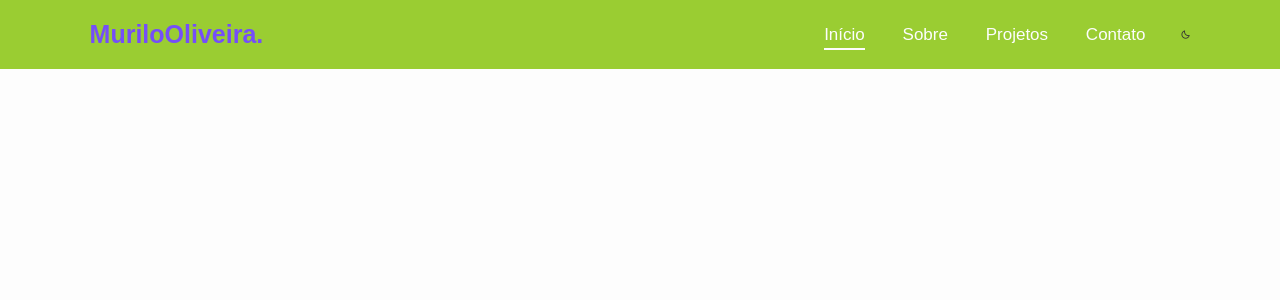
Repository: devMuriloOliveira/Portfolio-
Page: index.html
The author's editor kept a copy of each file at every save. The page is drawn from the files as they stood at one save, then again after the next save.
The browser window is 1280 px wide. The pictures show the whole page.

Above is the page before, as saved 2023-03-10 15:38:41.

### index.html
<!DOCTYPE html>
<html lang="en">
  <head>
    <meta charset="UTF-8" />
    <meta http-equiv="X-UA-Compatible" content="IE=edge" />
    <meta name="viewport" content="width=device-width, initial-scale=1.0" />
    <title>Murilo Oliveira</title>

    <!--box icons-->
    <link
      href="https://unpkg.com/boxicons@2.1.4/css/boxicons.min.css"
      rel="stylesheet"
    />

    <!--font-->
    <link
      rel="stylesheet"
      href="https://fonts.googleapis.com/css2?family=Material+Symbols+Outlined:opsz,wght,FILL,GRAD@20..48,100..700,0..1,-50..200"
    />

    <!--css-->
    <link rel="stylesheet" href="style.css" />
  </head>
  <body>
    <header class="header">
      <a class="logo" href="#">Murilo<span>Oliveira</span>.</a>

      <nav class="navbar">
        <a href="#home" class="active">Início</a>
        <a href="#Sobre">Sobre</a>
        <a href="#Projetos">Projetos</a>
        <a href="#Contato">Contato</a>
      </nav>

      <div class="bx bx bx-moon" id="darkMode-icon"></div>
    </header>
    <script src="js/script.js"></script>
  </body>
</html>

### style.css
*{
  margin: 0;
  padding: 0;
  box-sizing: border-box;
  text-decoration: none;
  border: none;
  outline: none;
  scroll-behavior: smooth;
  font-family: 'Poppins', sans-serif;
}

:root{
  --bg-color: #fdfdfd;
  --text-color: #333;
  --main-color: #754ef9;
  --white-color: #fdfdfd;
  --shadow-color: rgba(0, 0, 0, .2);
}

html{
  font-size: 62.5%;
  overflow-x: hidden;
}

body{
  background: var(--bg-color);
  color: var(--text-color);
}

.header{
  position: fixed;
  top: 0;
  left: 0;
  width: 100%;
  padding: 2rem 7%;
  background: yellowgreen;
  display: flex;
  align-items: center;
  z-index: 100;
}

.logo{
  font-size: 2.5rem;
  color: var(--main-color);
  font-weight: 600;
  cursor: default;
  margin-right: auto;
}

.navbar a{
  position: relative;
  font-size: 1.7rem;
  color: var(--white-color);
  font-weight: 500;
  margin-right: 3.5rem;
}

.navbar a.active::before{
  content: '';
  position: absolute;
  left: 0;
  bottom: -6px;
  width: 100%;
  height: .2rem;
  background: var(--white-color);
}

Loaded but not shown: js/script.js (no stored copy; drawn as an empty file)

After the next save:
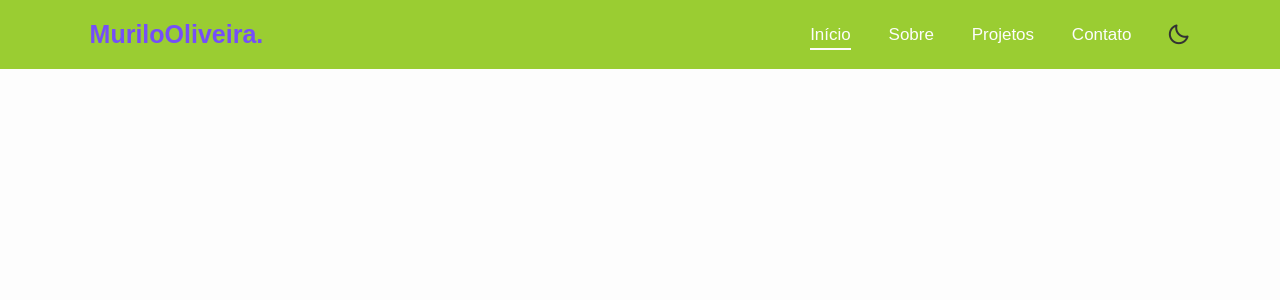
Saved 44 s later.
--- a/style.css
+++ b/style.css
@@ -64,3 +64,7 @@ body{
   height: .2rem;
   background: var(--white-color);
 }
+
+#darkMode-icon{
+  font-size: 2.4rem;
+}
